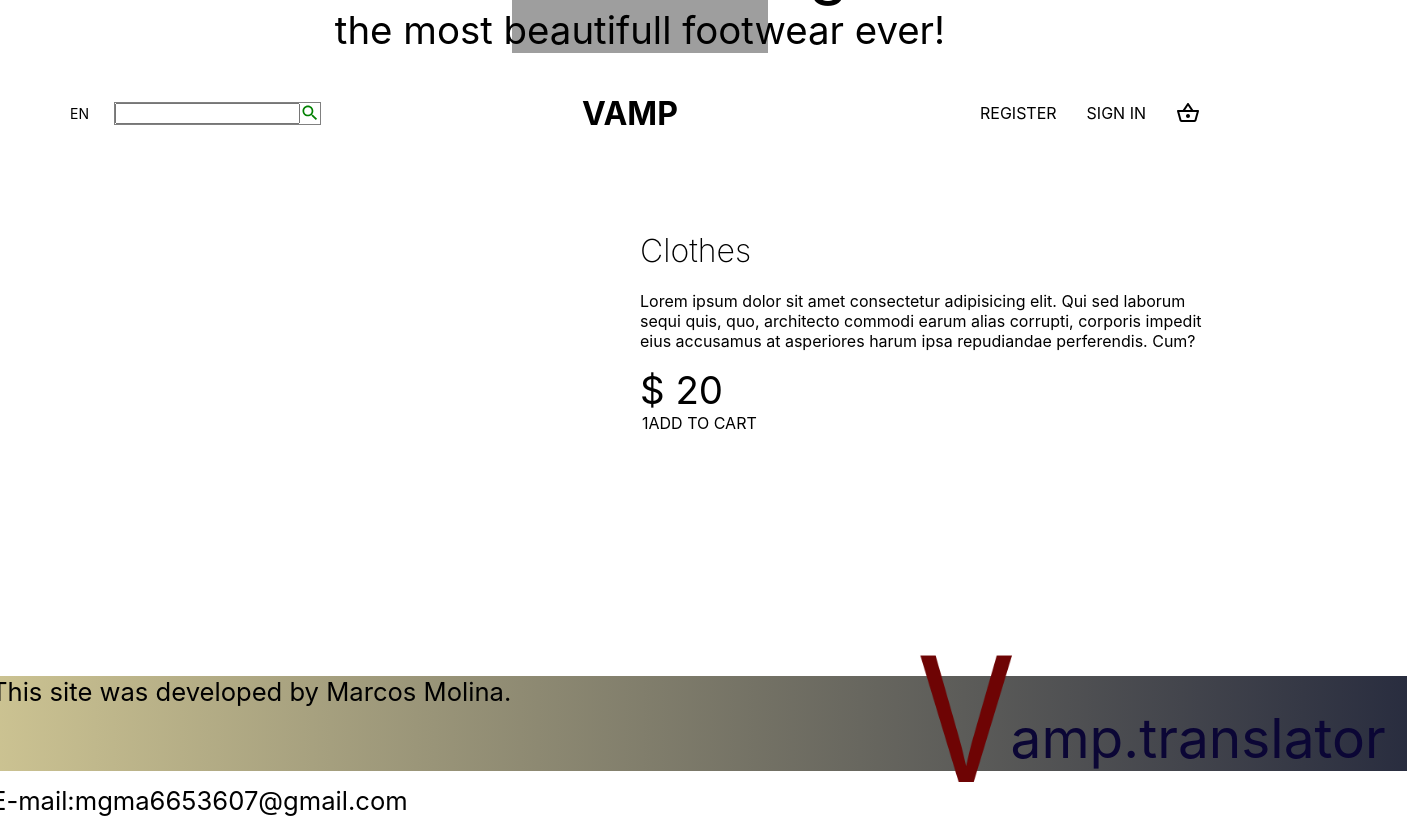
Repository: mgma2005/ecoeli
Page: /
The author's editor kept a copy of each file at every save. The page is drawn from the files as they stood at one save, then again after the next save.
The browser window is 1280 px wide. The page is 1407 px wide, then 1419 px, so the pictures cover 1419 px, including what lies to the right of the window. The pictures show the part of the page from y = 120 to 960 px (the page is 960 px tall).
Pictures or frames that could not be fetched are drawn as grey boxes. The project was rebuilt for these pictures with package versions that can differ from the ones it lists, and the page was loaded fresh each time. Also part of the build but not shown: src/App.css.

Above is the page before, as saved 2022-05-14 17:42:32.

### src/App.js

import './App.css';
//import Home from './pages/Home';
import React from 'react';
//import ProductList from './pages/ProductList';
import Product from './pages/Product';


function App() {
  return <Product />
}

export default App;

### src/pages/Product.jsx
import { Add } from "@material-ui/icons";
import { Remove } from "@material-ui/icons";
import styled from "styled-components";
//import Product from '../pages/Product';
import Announcement from "../Components/Announcement";
import Navbar from '../pages/Navbar';
import Footer from '../Components/Footer';




const Container = styled.div`
  padding: 50px;

`;

const Wrapper = styled.div`
  display: flex;
`;

const ImgContainer = styled.div`
  flex: 1;
`;

const Image = styled.div`
  width: 100%;
  height: 90vh;
  object-fit: cover;
`;

const InfoContainer = styled.div`
  flex: 1;
  padding: 0px 50 px;
`;

const Title = styled.h1`
  font-weight: 200;
  margin-top: 20%;
`;

const Desc = styled.p``;

const Price = styled.span`
  font-size: 3vw;
`;

const AddContainer = styled.option`
  display: flex;
  align-items: center;
  width: 50%;
  justify-content: space-between;
`;
const AmountContainer = styled.div`
  display: flex;
  align-items: center;
  font-weight: 700;
`;
const Amount = styled.span``;

const Button = styled.button``;





const Product = ({ item }) => {
  return (
    <Container>
        <Announcement/>
        <Navbar/>
        <Wrapper>
        <ImgContainer>
        <Image src="https://www.tactimex.com/wp-content/uploads/2018/11/Googles1.jpg"/>
        </ImgContainer>
        <InfoContainer>
          <Title>Clothes</Title>
          <Desc>Lorem ipsum dolor sit amet consectetur adipisicing elit. Qui sed laborum sequi quis, quo, architecto commodi earum alias corrupti, corporis impedit eius accusamus at asperiores harum ipsa repudiandae perferendis. Cum? </Desc>
          <Price>$ 20</Price>
          <AddContainer>

            <AmountContainer>
              <Remove/>
              <Amount>1</Amount>
              <Add/>
            </AmountContainer>
            <Button>ADD TO CART</Button>
          </AddContainer>
        </InfoContainer>
      </Wrapper>
      <Footer />
    </Container>
  );
};

export default Product;

### src/Components/Announcement.jsx
import styled from "styled-components";
import React from "react";

const Text = styled.div`
  font-size: 5vw;
  text-align: center;
  background-image: url("https://img.freepik.com/foto-gratis/bandera-argentina-sobre-fondo-blanco_532129-292.jpg?w=900");
  background-size: 20vw;
  background-repeat: no-repeat;
  background-position: center;



`

const P = styled.div`
  font-size: 3vw;
`


const Announcement = () => {
  return (
    <Text>
          Wellcome to Miss Argentina...
        <P>
          the most beautifull footwear ever!
        </P>
    </Text>
  )
}

export default Announcement

### src/pages/Navbar.jsx
import React from 'react';
import styled from 'styled-components';
import { Search, ShoppingBasketOutlined } from "@material-ui/icons";
import { Badge } from '@material-ui/core';



const Container = styled.div`
height: 60px;

`

const Wrapper = styled.div`
padding: 10px 20px;
display: flex;
align-items: center;
justify-content: space-between;

`

const Left = styled.div`
flex: 1;
display: flex;
align-items: center;
`

const Language = styled.span`
    font-size: 14px;
    cursor: pointer;
`

const SearchContainer = styled.div`
    border: 1px solid gray;
    display: flex;
    align-items: center;
    margin-left: 25px;
`

const Input = styled.input`
    border= none;
`
const Logo = styled.h1`
    font-weight: bold;
`


const Center = styled.div`
flex: 1;
text-align: center;
`
const Right = styled.div`
flex: 1;
display: flex;
align-items: center;
justify-content: flex-end;
`

const MenuItem = styled.div`
    font-size= 14px;
    cursor: pointer;
`

function Navbar() {
    return (
        <Container>
            <Wrapper>
            <Left>
               <Language>EN</Language>
               <SearchContainer>
                   <Input/>
                   <Search style={{color:"green", fontSize: 20}}/>
               </SearchContainer>
            </Left>
            <Center><Logo>VAMP</Logo></Center>
            <Right style={{padding: 5, margin: 5}}>
                <MenuItem>REGISTER</MenuItem>
                <MenuItem style={{padding: 30}}>SIGN IN</MenuItem>
                <MenuItem>
                <Badge badgecontent={4} color="primary">
                    <ShoppingBasketOutlined/>
                </Badge>
                </MenuItem>

            </Right>
            </Wrapper>
        </Container>
    );
}

export default Navbar;

### src/Components/Footer.jsx
import React from 'react';
import '../style.css';

  function Footer() {
	return (
		<div className="row">
			<div className="cont2">
				<div className="thissite">This site was developed by Marcos Molina.</div>
				<div className="email">E-mail:mgma6653607@gmail.com</div>
				<div className="col-6">
					<div className="V">V</div>
					<div className="ampi">amp.translator</div>
				</div>
			</div>
		</div>
	);
}

export default Footer;

### src/style.css
.cont2{
    margin-left: -5%;
    width: 120%;
    height: auto;
    background: linear-gradient(to right, rgb(204, 195, 146),rgb(41, 45, 63));

}

.thissite{
    font-size: 2vw;
    width: 70vw;

    margin-top: -6%;

}

.email{
    font-size: 2vw;
    align-content: center;
    margin-top: 5.5%;

}

.V{

        color: rgb(110, 4, 4);
        font-family: Courier;
        font-size: 15vw;
        margin-left: 64%;
        margin-top: -13.7%;



        animation-name: vamp;
        animation-timing-function: linear;
        animation-duration: 4s;
        -webkit-transform-origin-x: 5vw;
        animation-iteration-count: infinite;
    }
    @keyframes vamp{
        from{transform: rotateY(0deg);}
        to{transform: rotateY(360deg);}
    }


.ampi{
    font-size: 4.3vw;
    margin-left: 72%;
    margin-top: -9.5%;
    color: rgb(11, 6, 53);



}

Loaded but not shown: public/index.html (common file); src/index.js (common file); src/index.css (common file); src/reportWebVitals.js (common file)

After the next save:
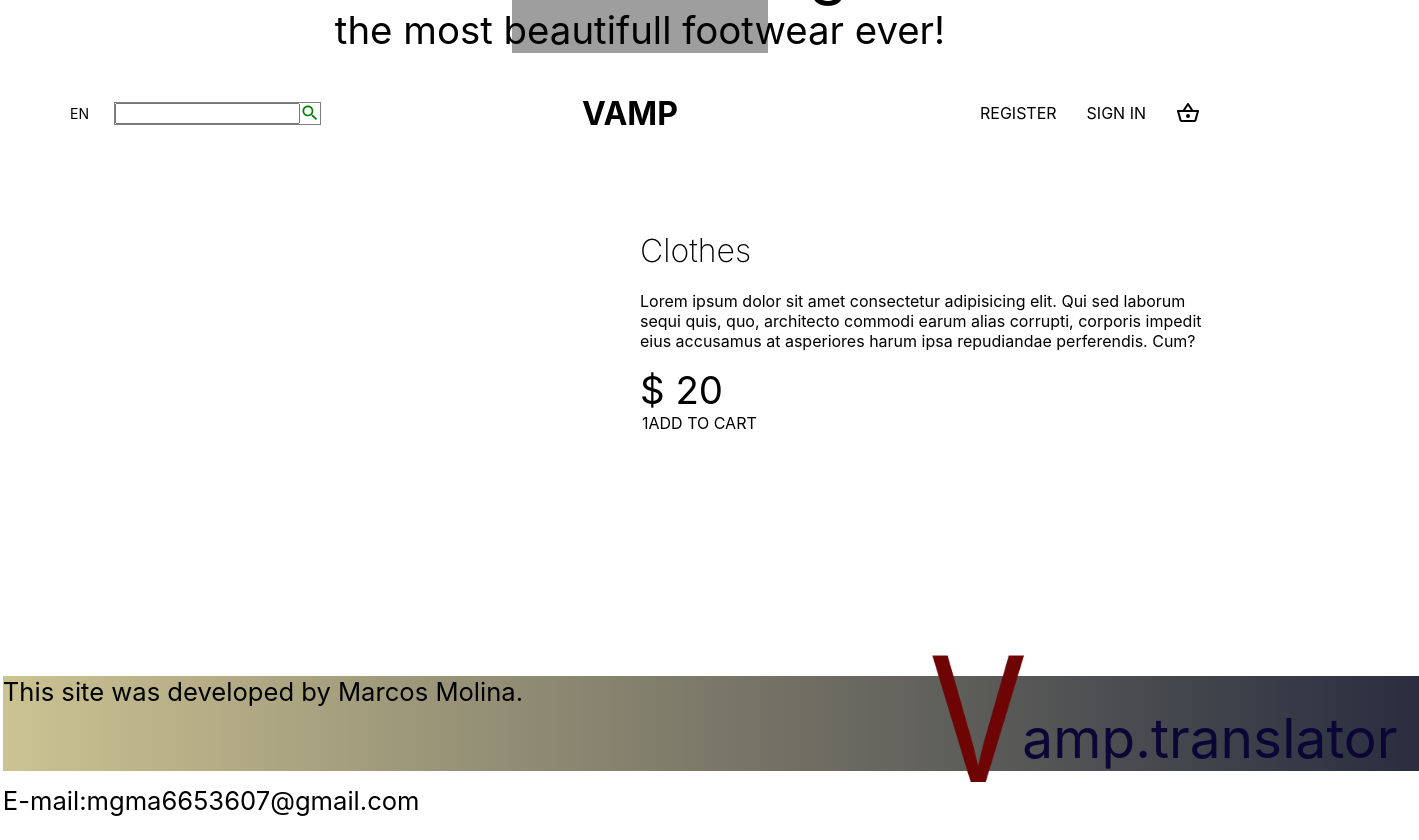
Saved 5 s later.
--- a/src/style.css
+++ b/src/style.css
@@ -1,5 +1,5 @@
 .cont2{
-    margin-left: -5%;
+    margin-left: -4%;
     width: 120%;
     height: auto;
     background: linear-gradient(to right, rgb(204, 195, 146),rgb(41, 45, 63));
